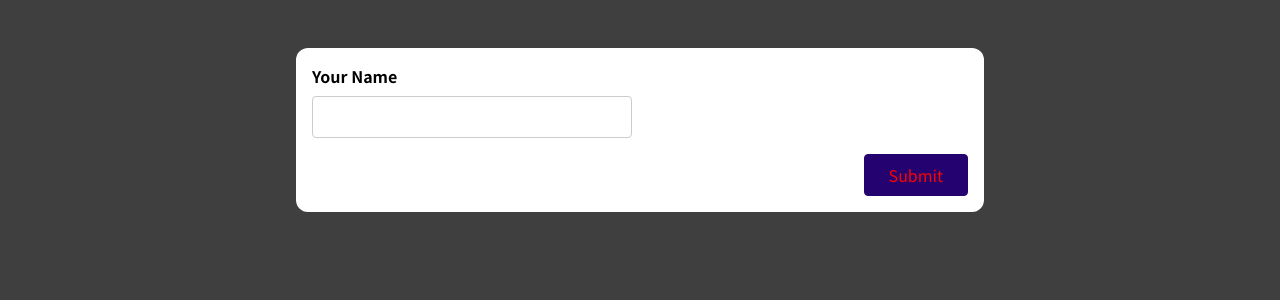
Repository: NamalPathirana/WorkingWithForms
Page: /
These files come from the project's save history. The page is drawn as it stood at one moment and after the next save; the edit follows.
The browser window is 1280 px wide. The pictures show the whole page.
The project was rebuilt for these pictures with package versions that can differ from the ones it lists, and the page was loaded fresh each time.

Above is the page before, as saved 2022-03-30 15:02:24.

### src/index.css
@import url('https://fonts.googleapis.com/css2?family=Noto+Sans+JP:wght@400;700&display=swap');

* {
  box-sizing: border-box;
}

html {
  font-family: 'Noto Sans JP', sans-serif;
}

body {
  margin: 0;
  background-color: #3f3f3f;
}

.app {
  width: 90%;
  max-width: 43rem;
  padding: 1rem;
  border-radius: 12px;
  background-color: white;
  margin: 3rem auto;
}

.form-control {
  margin-bottom: 1rem;
}

.form-control input,
.form-control label {
  display: block;
}

.form-control label {
  font-weight: bold;
  margin-bottom: 0.5rem;
}

.form-control input,
.form-control select {
  font: inherit;
  padding: 0.5rem;
  border-radius: 4px;
  border: 1px solid #ccc;
  width: 20rem;
  max-width: 100%;
}

.form-control input:focus {
  outline: none;
  border-color: #240370;
  background-color: #e0d4fd;
}

.control-group {
  display: flex;
  column-gap: 1rem;
  flex-wrap: wrap;
}

.control-group .form-control {
  min-width: 15rem;
  flex: 1;
}

button {
  font: inherit;
  background-color: #240370;
  color: white;
  border: 1px solid #240370;
  padding: 0.5rem 1.5rem;
  border-radius: 4px;
  cursor: pointer;
}

button:disabled,
button:disabled:hover,
button:disabled:active{
  color:red;
}

button:hover,
button:active {
  background-color: #33059e;
  border-color: #33059e;
}

.form-actions {
  text-align: right;
}

.form-actions button {
  margin-left: 1rem;
}

.invalid input {
  border: 1px solid #b40e0e;
  background-color: #fddddd;
}

.invalid input:focus {
  border-color: #ff8800;
  background-color: #fbe8d2;
}

.error-text {
  color: #b40e0e;
}

### src/components/SimpleInput.js
import { useState, useEffect } from "react";

const SimpleInput = (props) => {
  // const nameInputRef = useRef();
  const [enteredName, setEnteredName] = useState("");
  const [enteredNameTouched, setEnteredNameTouched] = useState(false);
  const [formIsValid, setFormIsValid] = useState(false);

  const enteredNameIsValid = enteredName.trim() !== "";
  const enteredNameIsInvalid = !enteredNameIsValid && enteredNameTouched;

  useEffect(() => {
    if (enteredNameIsValid) {
      setFormIsValid(true);
    } else {
      setFormIsValid(false);
    }
  }, [enteredNameIsValid]);

  const nameInputChangeHandler = (event) => {
    setEnteredName(event.target.value);
  };

  const formSubmissionHandler = (event) => {
    event.preventDefault();
    setEnteredNameTouched(true);
    if (!enteredNameIsValid) return;
    console.log(enteredName);
    setEnteredName("");
    setEnteredNameTouched(false);
  };

  const nameInputBlurHandler = (event) => {
    setEnteredNameTouched(true);
  };

  const nameInputClass = `form-control ${enteredNameIsInvalid && "invalid"}`;

  return (
    <form onSubmit={formSubmissionHandler}>
      <div className={nameInputClass}>
        <label htmlFor="name">Your Name</label>
        <input
          type="text"
          id="name"
          onChange={nameInputChangeHandler}
          onBlur={nameInputBlurHandler}
          value={enteredName}
        />
        {enteredNameIsInvalid && (
          <p className="error-text">Name cannot be empty...</p>
        )}
      </div>
      <div className="form-actions">
        <button disabled={!formIsValid}>Submit</button>
      </div>
    </form>
  );
};

export default SimpleInput;

Loaded but not shown: public/index.html (common file); src/index.js (common file); src/App.js (common file)

After the next save:
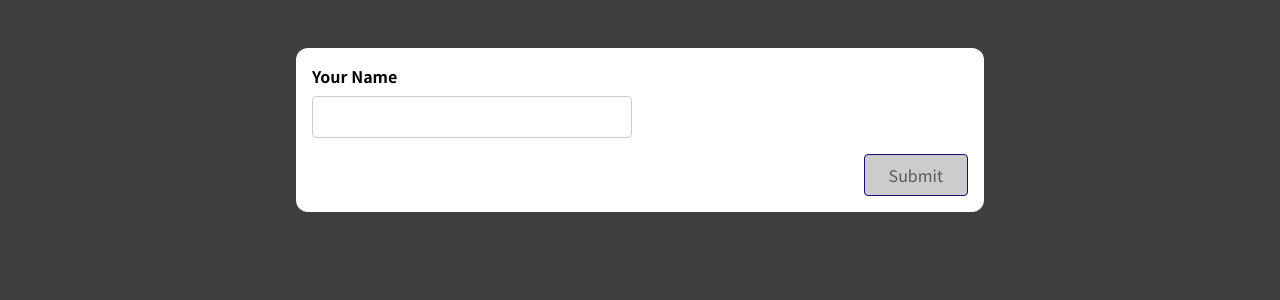
Saved 57 s later.
--- a/src/index.css
+++ b/src/index.css
@@ -76,7 +76,8 @@ button {
 button:disabled,
 button:disabled:hover,
 button:disabled:active{
-  color:red;
+  color:rgb(90, 90, 90);
+  background-color: #ccc;
 }
 
 button:hover,
